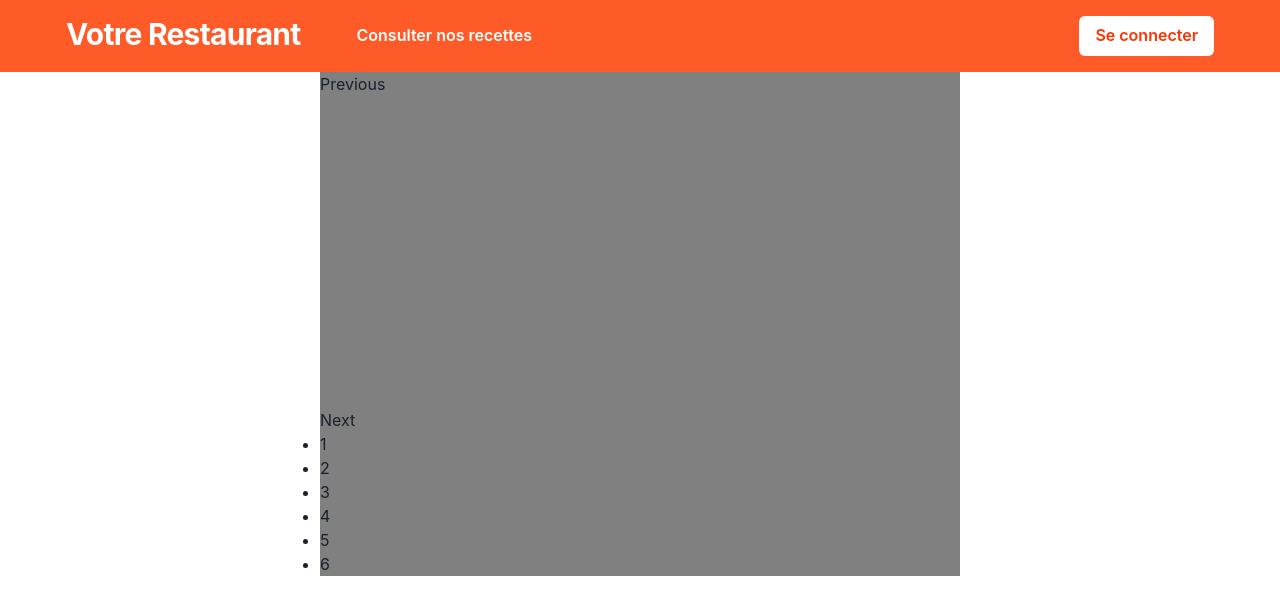
Repository: Ecaron76/tp-restau-next
Page: /
The author's editor kept a copy of each file at every save. The page is drawn from the files as they stood at one save, then again after the next save.
The browser window is 1280 px wide. The pictures show the whole page.
The project was rebuilt for these pictures with package versions that can differ from the ones it lists, and the page was loaded fresh each time. The framework's server and built-in components were replaced by stand-ins that run in the browser. Also part of the build but not shown: next.config.mjs.

Above is the page before, as saved 2024-02-25 18:36:23.

### src/app/layout.tsx
'use client'

import { Inter } from "next/font/google";
import "./globals.css";
import { ChakraProvider, extendTheme  } from '@chakra-ui/react'
import Header from "@/components/Header/Header";
const theme = extendTheme({
  colors: {
    brand: {
      50: '#ffeee6',
      100: '#ffc7b7',
      200: '#ffa788',
      300: '#ff8259',
      400: '#ff5b29',
      500: '#ff3300',
      600: '#cc2900',
      700: '#991f00',
      800: '#661600',
      900: '#330c00',
    },
  },
});



export function Providers({ children }: { children: React.ReactNode }) {
  return <ChakraProvider theme={theme}>{children}</ChakraProvider>
}

export default function RootLayout({
  children,
}: Readonly<{
  children: React.ReactNode;
}>) {
  return (
    <html lang="en">
      <body>
        <Providers>{children}</Providers>
      </body>
    </html>
  );
}

### src/app/page.tsx
import Image from "next/image";

import Header from "@/components/Header/Header";
import PageContainer from "@/components/PageContainer/PageContainer";
import SliderResto from "@/components/SliderResto/SliderResto";

export default function Home() {
  return (
    <main >
      <Header />
      <PageContainer>
        <SliderResto />
      </PageContainer>
    </main>
  );
}

### src/app/globals.css
:root {
  --max-width: 1100px;
  --border-radius: 12px;
  --font-mono: ui-monospace, Menlo, Monaco, "Cascadia Mono", "Segoe UI Mono",
    "Roboto Mono", "Oxygen Mono", "Ubuntu Monospace", "Source Code Pro",
    "Fira Mono", "Droid Sans Mono", "Courier New", monospace;

  --foreground-rgb: 0, 0, 0;
  --background-start-rgb: 214, 219, 220;
  --background-end-rgb: 255, 255, 255;

  --primary-glow: conic-gradient(
    from 180deg at 50% 50%,
    #16abff33 0deg,
    #0885ff33 55deg,
    #54d6ff33 120deg,
    #0071ff33 160deg,
    transparent 360deg
  );
  --secondary-glow: radial-gradient(
    rgba(255, 255, 255, 1),
    rgba(255, 255, 255, 0)
  );

  --tile-start-rgb: 239, 245, 249;
  --tile-end-rgb: 228, 232, 233;
  --tile-border: conic-gradient(
    #00000080,
    #00000040,
    #00000030,
    #00000020,
    #00000010,
    #00000010,
    #00000080
  );

  --callout-rgb: 238, 240, 241;
  --callout-border-rgb: 172, 175, 176;
  --card-rgb: 180, 185, 188;
  --card-border-rgb: 131, 134, 135;
}

@media (prefers-color-scheme: dark) {
  :root {
    --foreground-rgb: 255, 255, 255;
    --background-start-rgb: 0, 0, 0;
    --background-end-rgb: 0, 0, 0;

    --primary-glow: radial-gradient(rgba(1, 65, 255, 0.4), rgba(1, 65, 255, 0));
    --secondary-glow: linear-gradient(
      to bottom right,
      rgba(1, 65, 255, 0),
      rgba(1, 65, 255, 0),
      rgba(1, 65, 255, 0.3)
    );

    --tile-start-rgb: 2, 13, 46;
    --tile-end-rgb: 2, 5, 19;
    --tile-border: conic-gradient(
      #ffffff80,
      #ffffff40,
      #ffffff30,
      #ffffff20,
      #ffffff10,
      #ffffff10,
      #ffffff80
    );

    --callout-rgb: 20, 20, 20;
    --callout-border-rgb: 108, 108, 108;
    --card-rgb: 100, 100, 100;
    --card-border-rgb: 200, 200, 200;
  }
}

* {
  box-sizing: border-box;
  padding: 0;
  margin: 0;
}

html,
body {

  overflow-x: hidden;
}

body {
  color: rgb(var(--foreground-rgb));
  background: linear-gradient(
      to bottom,
      transparent,
      rgb(var(--background-end-rgb))
    )
    rgb(var(--background-start-rgb));
}

a {
  color: inherit;
  text-decoration: none;
}

@media (prefers-color-scheme: dark) {
  html {
    color-scheme: dark;
  }
}

### src/components/Header/Header.tsx
import { Box, Flex, Heading, Spacer, Button } from '@chakra-ui/react';
import NextLink from 'next/link'; // Pour gérer la navigation entre les pages

const Header = () => {
  return (
    <Box bg="brand.400" p={4} color="white">
      <Flex alignItems="center" maxW="100%" marginLeft={'50px'} marginRight={'50px'} justifyContent='space-between'>
        {/* Logo ou Nom du restaurant */}
        <Box display={'flex'} gap={10}>
        <Heading as="h1" size="lg" letterSpacing="tight">
          <NextLink href="/" passHref>
              Votre Restaurant
          </NextLink>
        </Heading>
        <Box>
          <NextLink href="/recettes" passHref>
            <Button  variant="ghost" color={'white'}>
              Consulter nos recettes
            </Button>
          </NextLink>
        </Box>
        </Box>
        <Box>
          <NextLink href="/login" passHref>
            <Button  variant="ghost" color={'brand.500'} bg={'white'}>
              Se connecter
            </Button>
          </NextLink>
        </Box>
      </Flex>
    </Box>
  );
};

export default Header;

### src/components/PageContainer/PageContainer.tsx
import { Box } from "@chakra-ui/react";

export default function PageContainer({children}: {children: React.ReactNode}) {
    return (
      <Box marginRight={'25%'}marginLeft={'25%'} bg="grey">
        {children}
      </Box>
    )
  }

### src/components/SliderResto/SliderResto.tsx
import React from "react";
import Slider from "react-slick";

export default function SliderResto() {
  var settings = {
    dots: true,
    infinite: true,
    speed: 500,
    slidesToShow: 1,
    slidesToScroll: 1,
  };
  return (
    <Slider {...settings}>
      <div>
        <h3>1</h3>
      </div>
      <div>
        <h3>2</h3>
      </div>
      <div>
        <h3>3</h3>
      </div>
      <div>
        <h3>4</h3>
      </div>
      <div>
        <h3>5</h3>
      </div>
      <div>
        <h3>6</h3>
      </div>
    </Slider>
  );
}

After the next save:
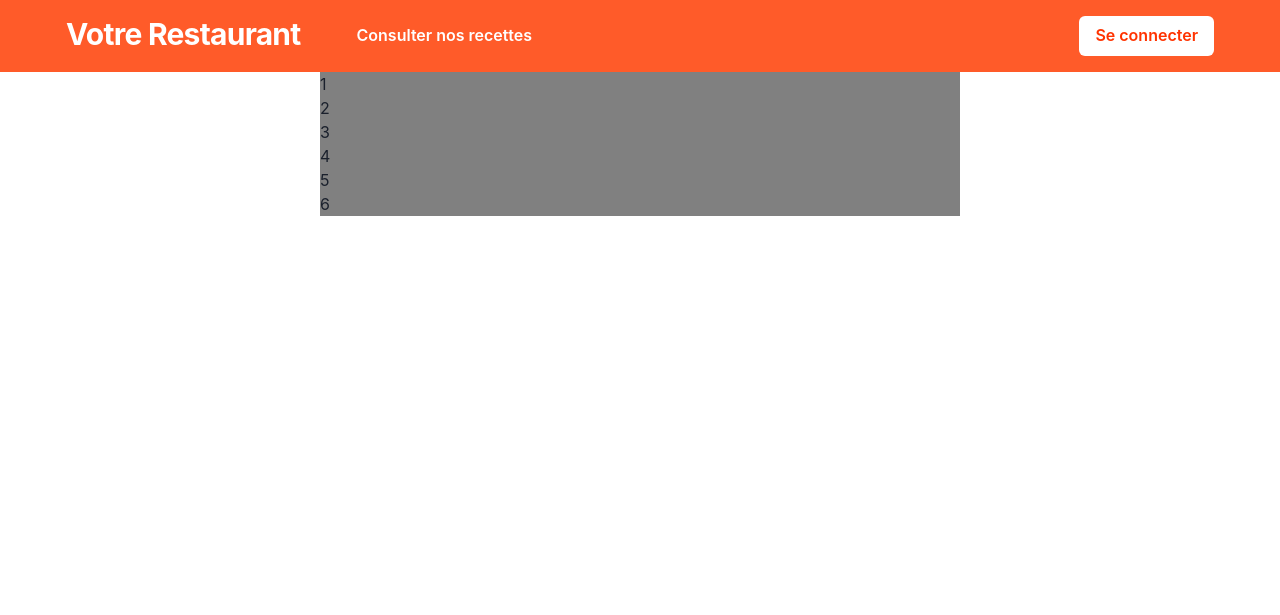
Saved 10 s later.
--- a/src/components/SliderResto/SliderResto.tsx
+++ b/src/components/SliderResto/SliderResto.tsx
@@ -1,5 +1,5 @@
+import { Slider } from "@chakra-ui/react";
 import React from "react";
-import Slider from "react-slick";
 
 export default function SliderResto() {
   var settings = {

After the save that followed:
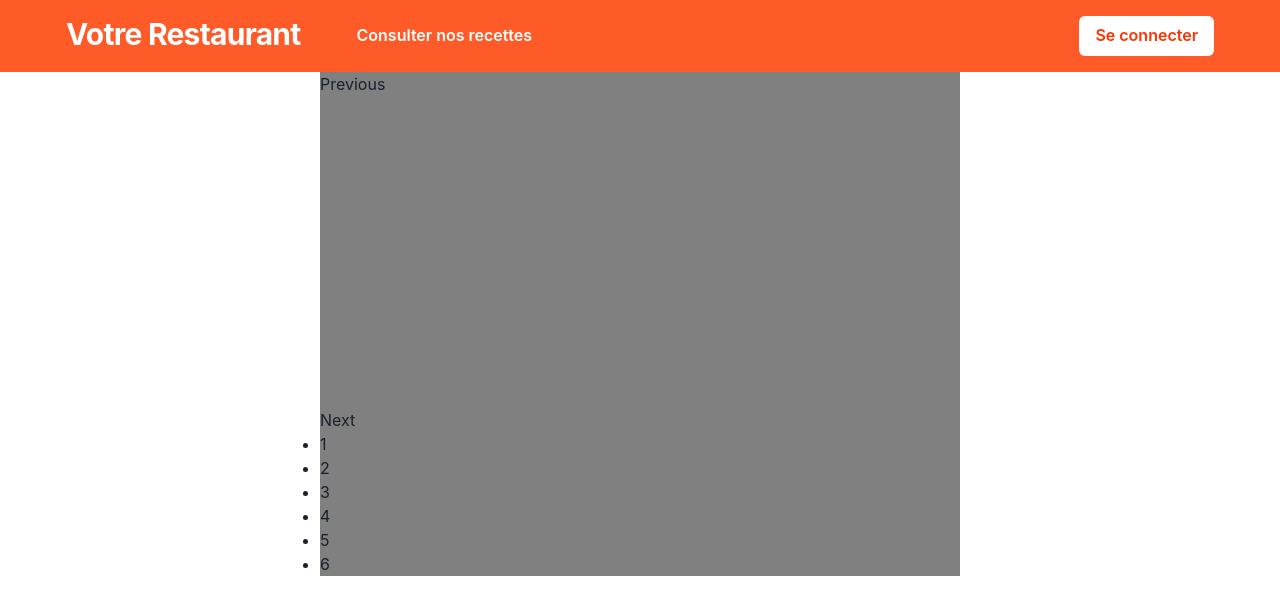
Saved 72 s later.
--- a/src/components/SliderResto/SliderResto.tsx
+++ b/src/components/SliderResto/SliderResto.tsx
@@ -1,6 +1,5 @@
-import { Slider } from "@chakra-ui/react";
 import React from "react";
-
+import Slider from "react-slick";
 export default function SliderResto() {
   var settings = {
     dots: true,
